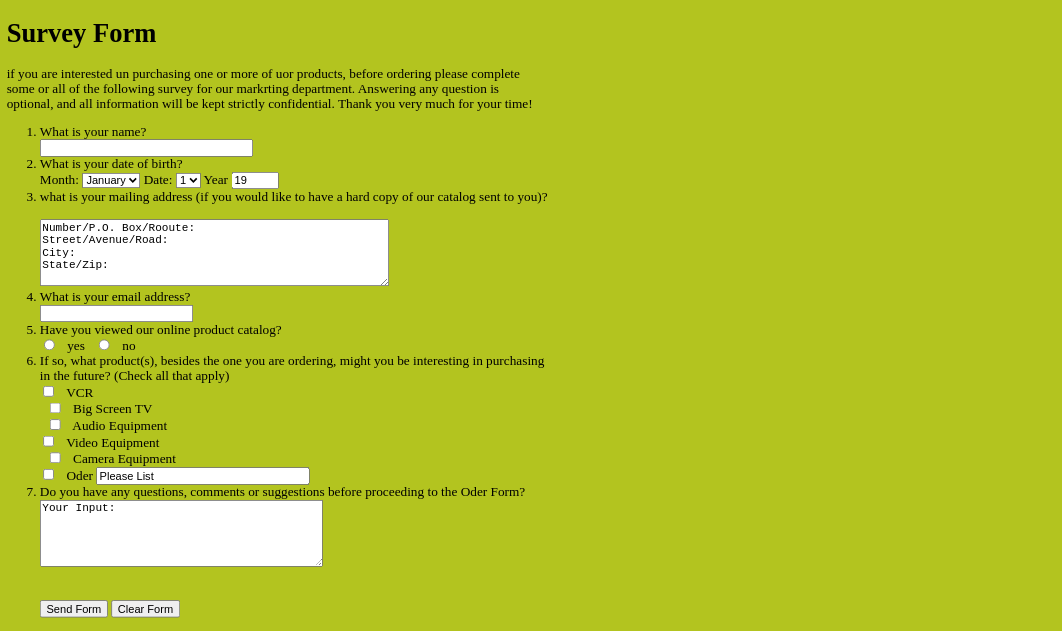
Repository: PhamChiXuan1/HTCNW_tuan3_DHCNTT16C_PhamChiXuan_20030131
Page: bt17.html
The author's editor kept a copy of each file at every save. The page is drawn from the files as they stood at one save, then again after the next save.
The browser window is 1280 px wide. The pictures show the whole page, at 83% of full size.

Above is the page before, as saved 2022-02-27 23:11:54.

### bt17.html
<!DOCTYPE html>
<html lang="en">
<head>
    <meta charset="UTF-8">
    <meta http-equiv="X-UA-Compatible" content="IE=edge">
    <meta name="viewport" content="width=device-width, initial-scale=1.0">
    <title>Document</title>
</head>
<body style="background-color: rgb(179, 196, 31);">
    <H1>Survey Form</H1>
    <P>if you are interested un purchasing one or more of uor products, before ordering please complete <br>some or all of the following survey for our markrting department. Answering any question is <br>optional, and all information will be kept strictly confidential. Thank you very much for your time!</P>
    <ol type="1">

        <li>What is your name?</li>
            <input type="text" id="" name="19" size="29" >

        <li>What is your date of birth?</li>
        <form>
            <label for="cars">Month:</label>
            <select id="cars" name="cars">
                <option value="January">January</option>
            </select>
            <label for="cars">Date:</label>
            <select id="cars" name="cars">
                <option value="1">1</option>
            </select>
            <label for="cars">Year</label>
            <input type="text" id="" name="" size="4" value="19">

            <li>what is your mailing address (if you would like to have a hard copy of our catalog sent to you)?</li>
            <br> <textarea cols="50" rows="5" style="text-align:left">
Number/P.O. Box/Rooute:
Street/Avenue/Road:
City:
State/Zip:
                                        </textarea>

            <li>What is your email address?</li>
            <form>
                <input type="text" id="fname" name="fname" value=""><br>
            </form>

            <li>Have you viewed our online product catalog?</li>
            <input type="radio" id="" name="" value="">
                <label for="yes">yes</label>
            <input type="radio" id="" name="" value="">
                <label for="no">no</label><br>

            <li>If so, what product(s), besides the one you are ordering, might you be interesting in purchasing <br>in the future? (Check all that apply)</li>
            <input type="checkbox" id="" name="" value="">
                <label for="VCR">VCR</label><br>
            <input type="checkbox" id="" name="" value="">
                <label for="Big Screen TV">Big Screen TV</label><br>
            <input type="checkbox" id="" name="" value="">
                <label for="Audio Equipment">Audio Equipment</label><br>
            <input type="checkbox" id="" name="" value="">
                <label for="Video Equipment">Video Equipment</label><br>
            <input type="checkbox" id="" name="" value="">
                <label for="Camera Equipment">Camera Equipment</label><br>
            <input type="checkbox" id="" name="" value="">
                <label for="Oder">Oder</label> <input type="text" id="" name="" size="29" value="Please List">

            <li>Do you have any questions, comments or suggestions before proceeding to the Oder Form?</li>
            <textarea cols="40" rows="5">Your Input:</textarea><br>
            <br><br>
            <input type="submit" value="Send Form">
            <input type="submit" value="Clear Form">

        </form>
    </ol>
</body>
</html>

After the next save:
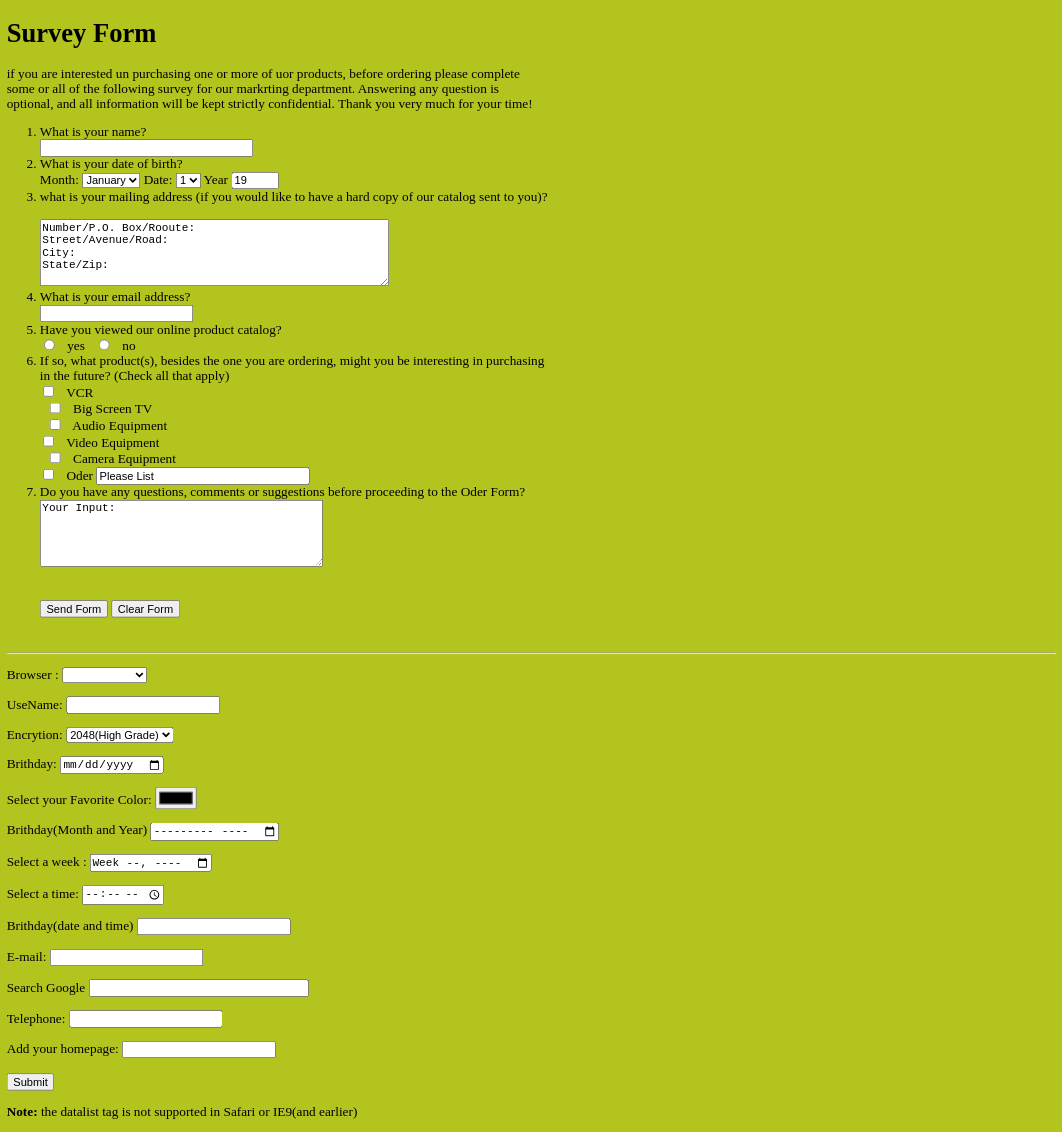
Saved 6 min 32 s later.
--- a/bt17.html
+++ b/bt17.html
@@ -68,5 +68,92 @@ State/Zip:
 
         </form>
     </ol>
+
+</div>
+<br>
+<hr>
+    <div class="Cau b">
+        <p>
+            Browser :
+
+            <select>
+                <option value="0">&emsp;&emsp;&emsp;&emsp;&emsp;&emsp;</option>
+
+             </select>
+
+        </p>
+
+        <p>
+            UseName:
+            <input type="text" size="20" maxlength="20">
+        </p>
+
+        <p>
+            Encrytion:
+
+            <select>
+                <option>
+                    2048(High Grade)
+                </option>
+            </select>
+        </p>
+
+        <p>
+            Brithday:
+            <input type="date" name="txtDate" value="" size="20" maxlength="20">
+        </p>
+
+        <p>
+            Select your Favorite Color:
+            <input type="color" name="txtColor" value="" size="20" maxlength="20">
+        </p>
+
+        <p>
+            Brithday(Month and Year)
+            <input type="month" name="txtMonth"value="" size="20" maxlength="20">
+        </p>
+
+        <p>
+            Select a week :
+            <input type="week"name="txtWeek" value="" size="20" maxlength="20">
+        </p>
+
+        <p>
+            Select a time:
+            <input type="time"value="" size="20" maxlength="20">
+        </p>
+
+        <p>
+            Brithday(date and time)
+            <input type="datetime" value="" size="20" maxlength="20">
+        </p>
+
+        <p>
+E-mail:
+            <input type="email" name="txtEmail" value="" size="20" maxlength="20">
+        </p>
+
+        <p>
+            Search Google
+            <input type="search" value="" size="30" maxlength="30">
+        </p>
+
+
+        <p>
+            Telephone:
+            <input type="tel" value="" size="20" maxlength="20">
+        </p>
+
+        <form action="/action_page.php">
+            <label for="homepage">Add your homepage:</label>
+            <input type="url" id="homepage" name="homepage">
+        </form><br>
+
+        <input type="submit" value="Submit">
+
+        <p><b>Note:</b> the datalist tag is not supported in Safari or IE9(and earlier)</p>
+    </div>
 </body>
 </html>
+</body>
+</html>
